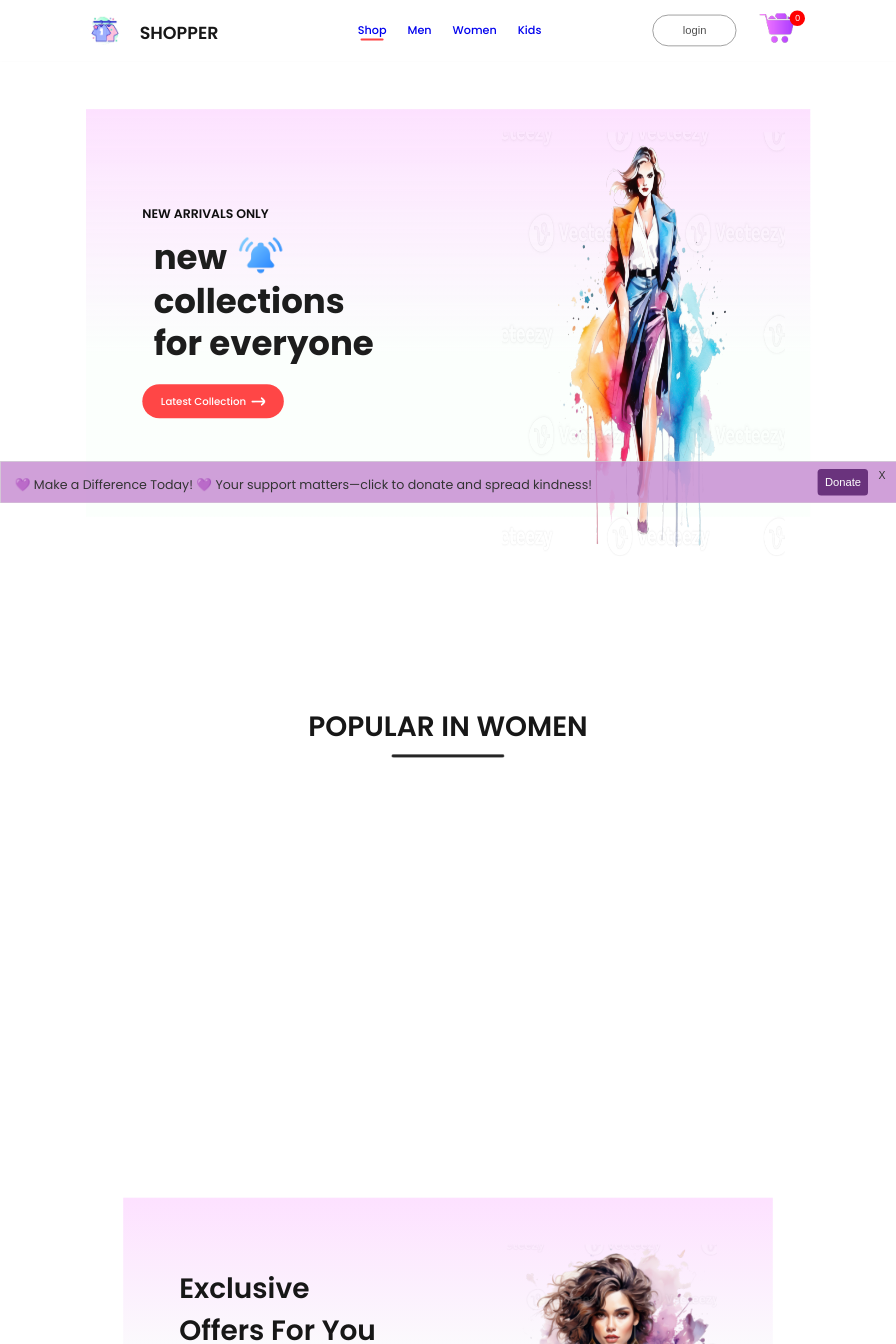
Repository: PayalJakhar/Shoppers-E-commerce-Website
Page: / (app in frontend/)
These files come from the project's save history. The page is drawn as it stood at one moment and after a run of saves; the edit follows.
The browser window is 1280 px wide. The pictures show the part of the page from y = 0 to 1920 px (the page is 3692 px tall), at 70% of full size.
The page's requests for data from a server got no answer. The project was rebuilt for these pictures with package versions that can differ from the ones it lists, and the page was loaded fresh each time. No one was signed in, and anything a server would have sent is missing. Also part of the build but not shown: frontend/src/App.css, frontend/src/Components/Item/Item.css, frontend/src/Components/Item/Item.jsx, frontend/src/Pages/Css/ShopCategory.css, frontend/src/Pages/ShopCategory.jsx, frontend/src/Components/Breadcrums/Breadcrum.css, frontend/src/Components/Breadcrums/Breadcrum.jsx, frontend/src/Components/ProductDisplay/ProductDisplay.css and 13 more.

Above is the page before, as saved 2025-02-06 19:51:47.

After the next 2 saves:
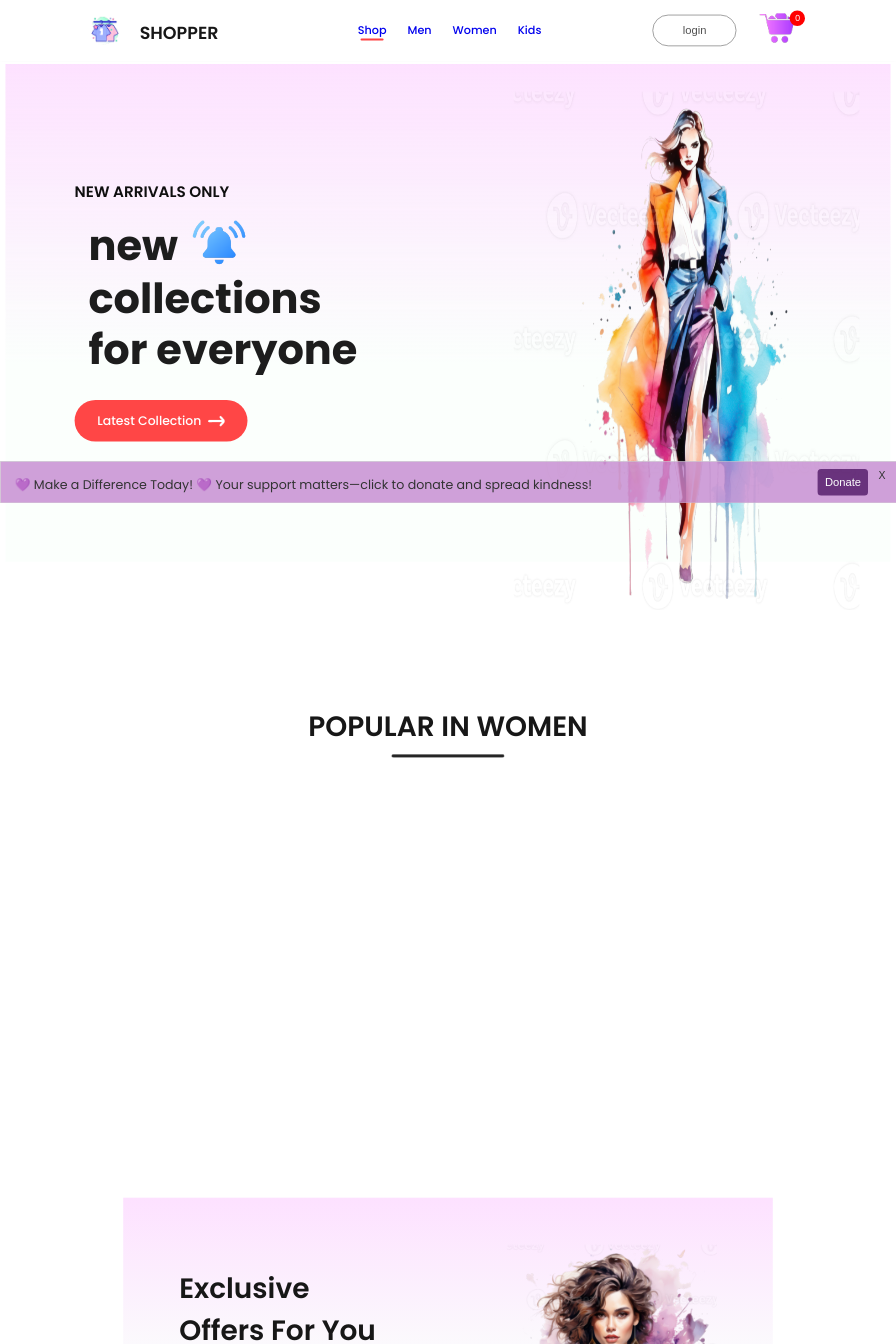
The 2 saves are shown as one change because they came seconds apart.
The last was saved 5 s later.
--- a/frontend/src/Components/Hero/Hero.css
+++ b/frontend/src/Components/Hero/Hero.css
@@ -177,6 +177,7 @@
     }
     50% {
       /* transform: translateX(0); */
+      scale:1;
       opacity: 1;
     }
   }
